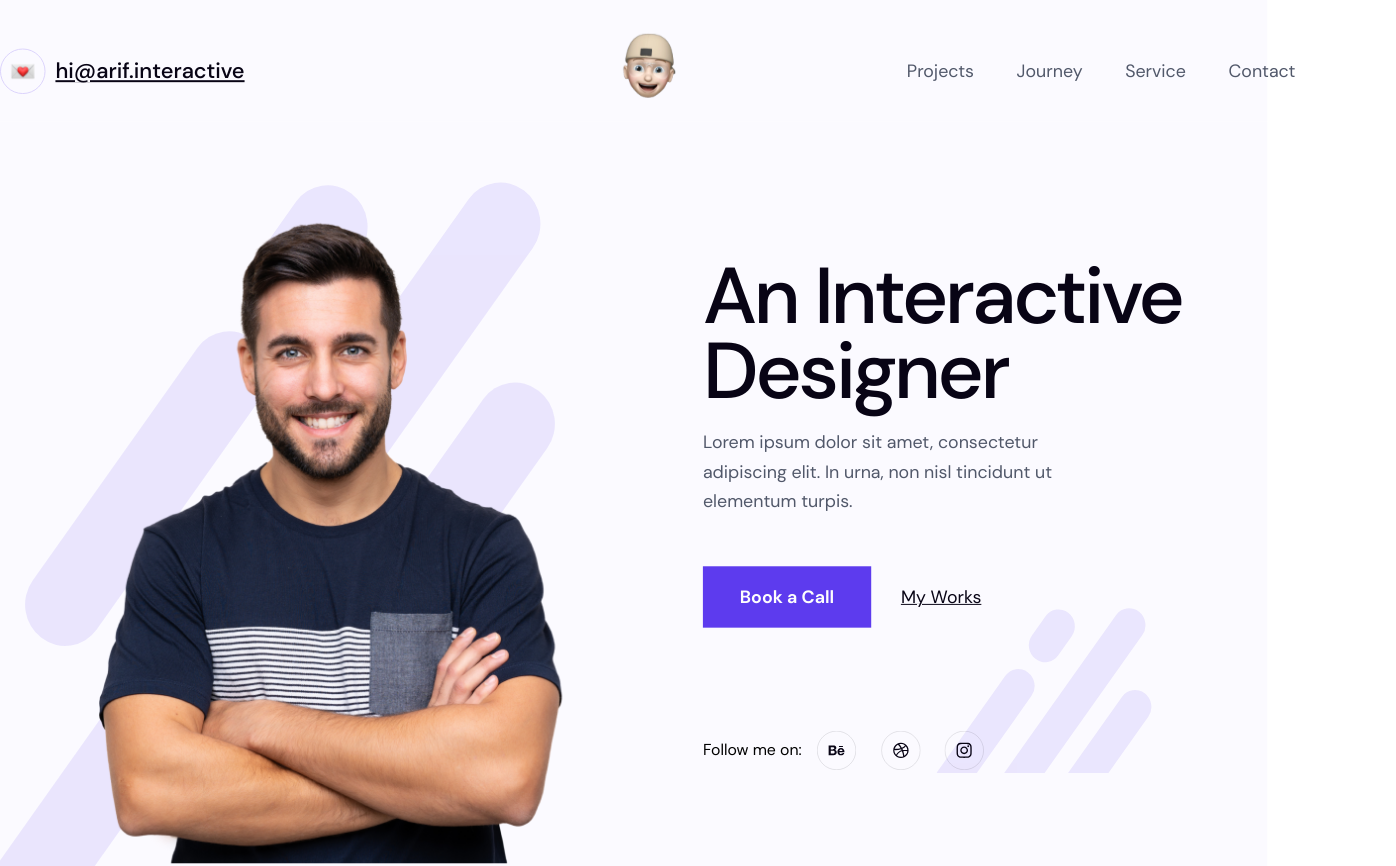
Repository: trantangtuan/project-06-grid-system12column-demo
Page: index.html
These files come from the project's save history. The page is drawn as it stood at one moment and after the next save; the edit follows.
The browser window is 1280 px wide. The page is 1330 px wide, then 1410 px, so the pictures cover 1410 px, including what lies to the right of the window. The pictures show the whole page, at 99% of full size.

Above is the page before, as saved 2024-07-13 21:18:06.

After the next save:
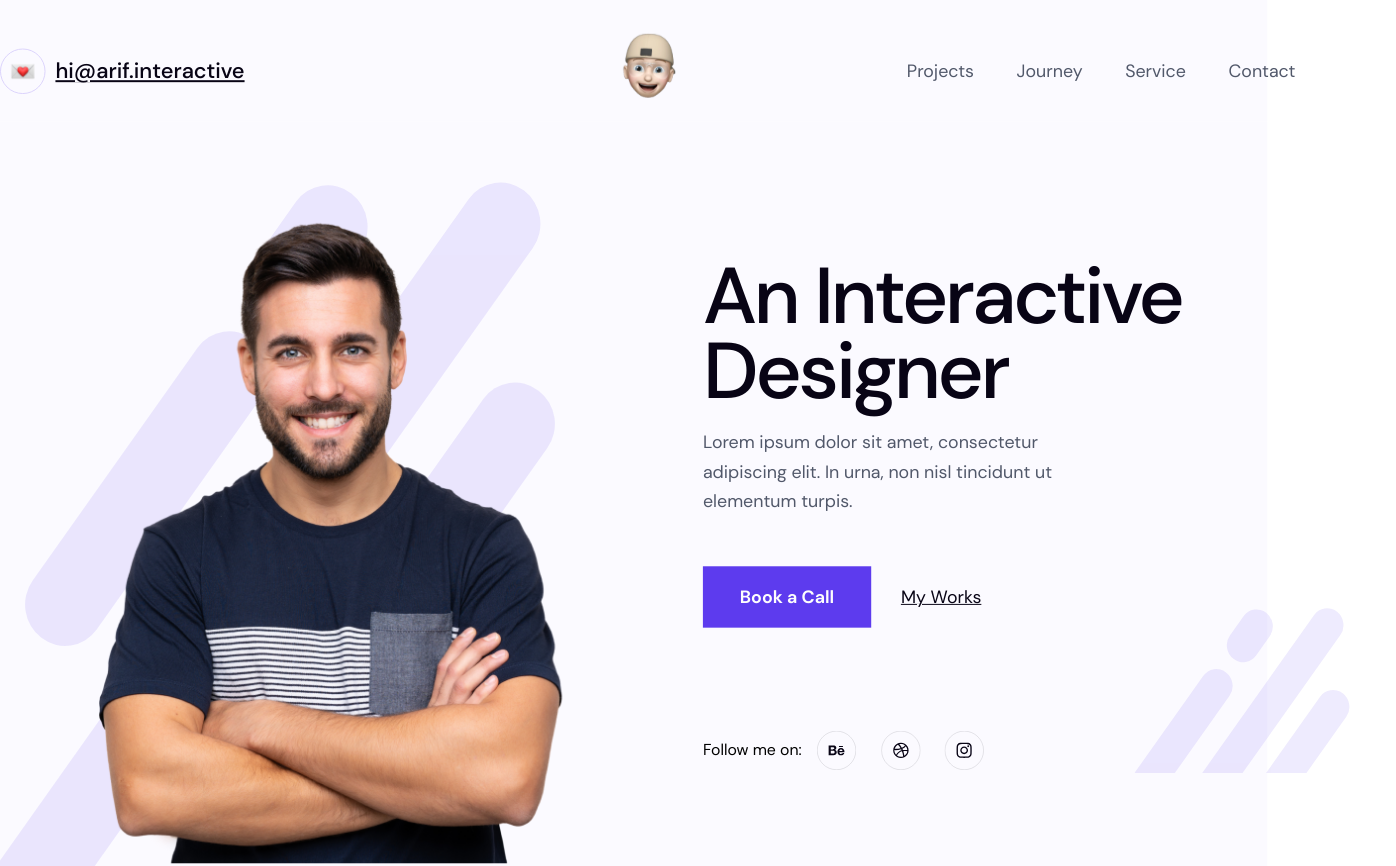
Saved 11 s later.
--- a/assets/css/style.css
+++ b/assets/css/style.css
@@ -198,5 +198,5 @@ a {
   position: absolute;
   bottom: 0;
   z-index: -1;
-  right: 0;
-}
+  right: -200px;
+}
